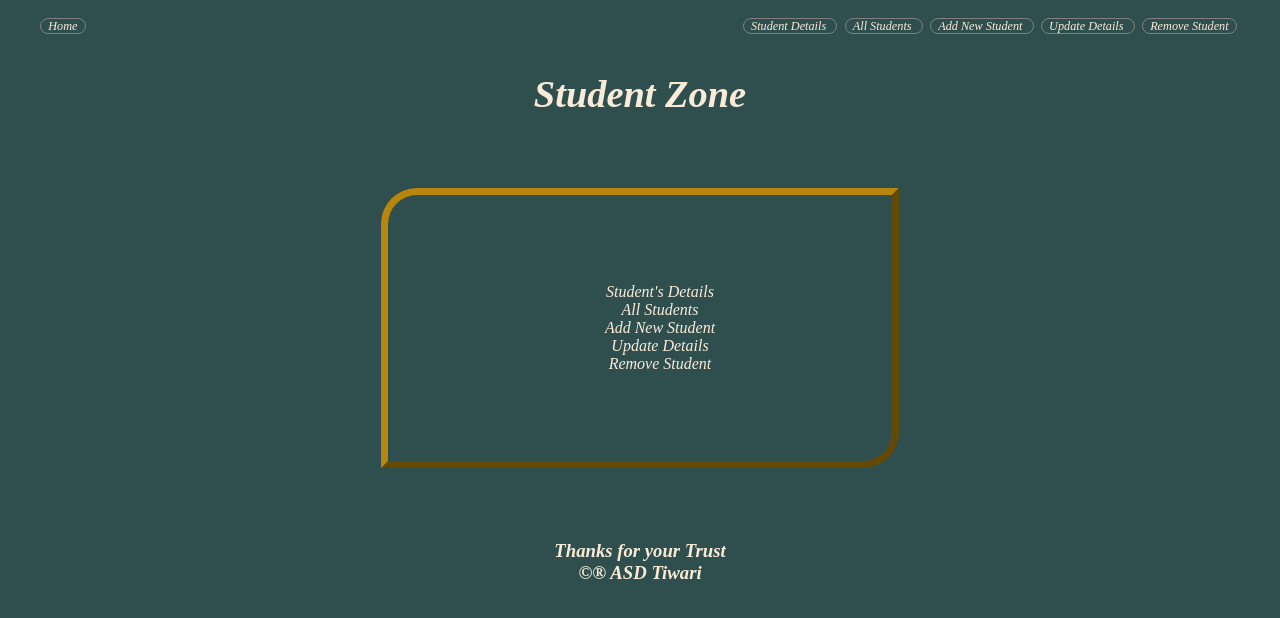
Repository: asdtiwari/Practice
Page: http://localhost/index
An editor plug-in stored every save of this project. The page is shown before and after the next save, followed by the edit.
The browser window is 1280 px wide. The pictures show the whole page.
The pointer rests on the first visible `.footer`.
The page is this project's Thymeleaf template; nobody is signed in. The template is opened directly, without the code that normally fills it, so the values that code supplies are empty.

Above is the page before, as saved 2023-11-16 23:54:23.

After the next save:
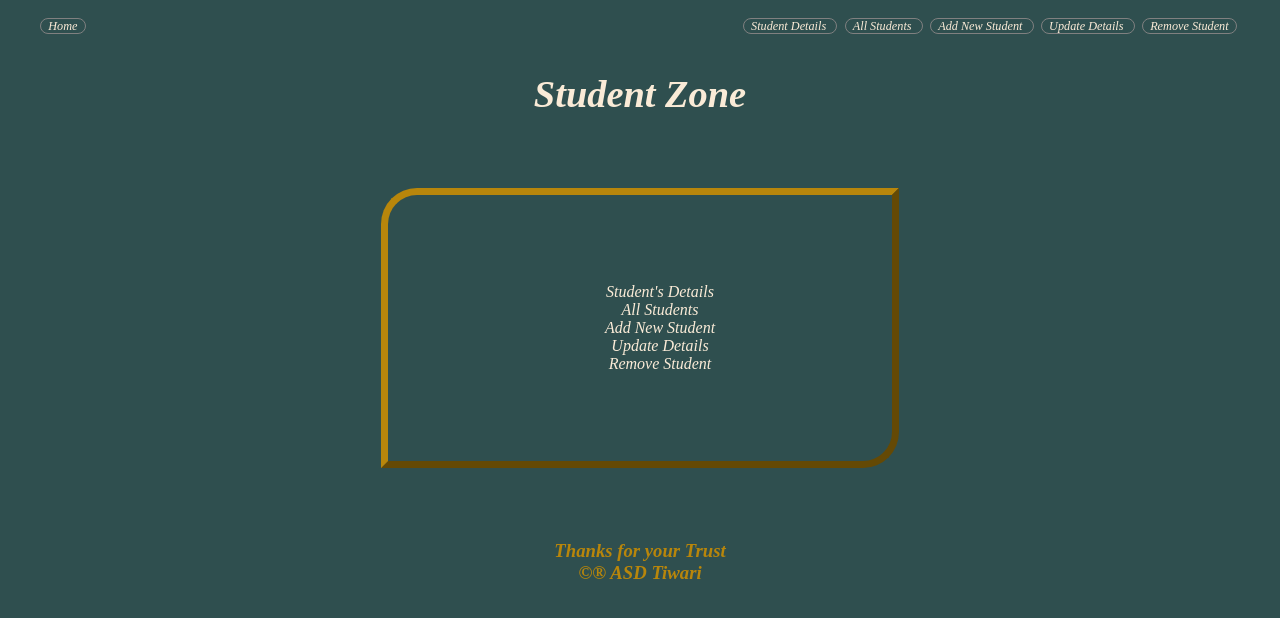
Saved 63 s later.
--- a/DiwaliProjectSTS/studentZone/src/main/resources/templates/index.html
+++ b/DiwaliProjectSTS/studentZone/src/main/resources/templates/index.html
@@ -94,6 +94,10 @@
                 width: 100%;
                 text-align: center;
             }
+
+            .footer:hover{
+                color: darkgoldenrod;
+            }
         </style>
     </head>
 
